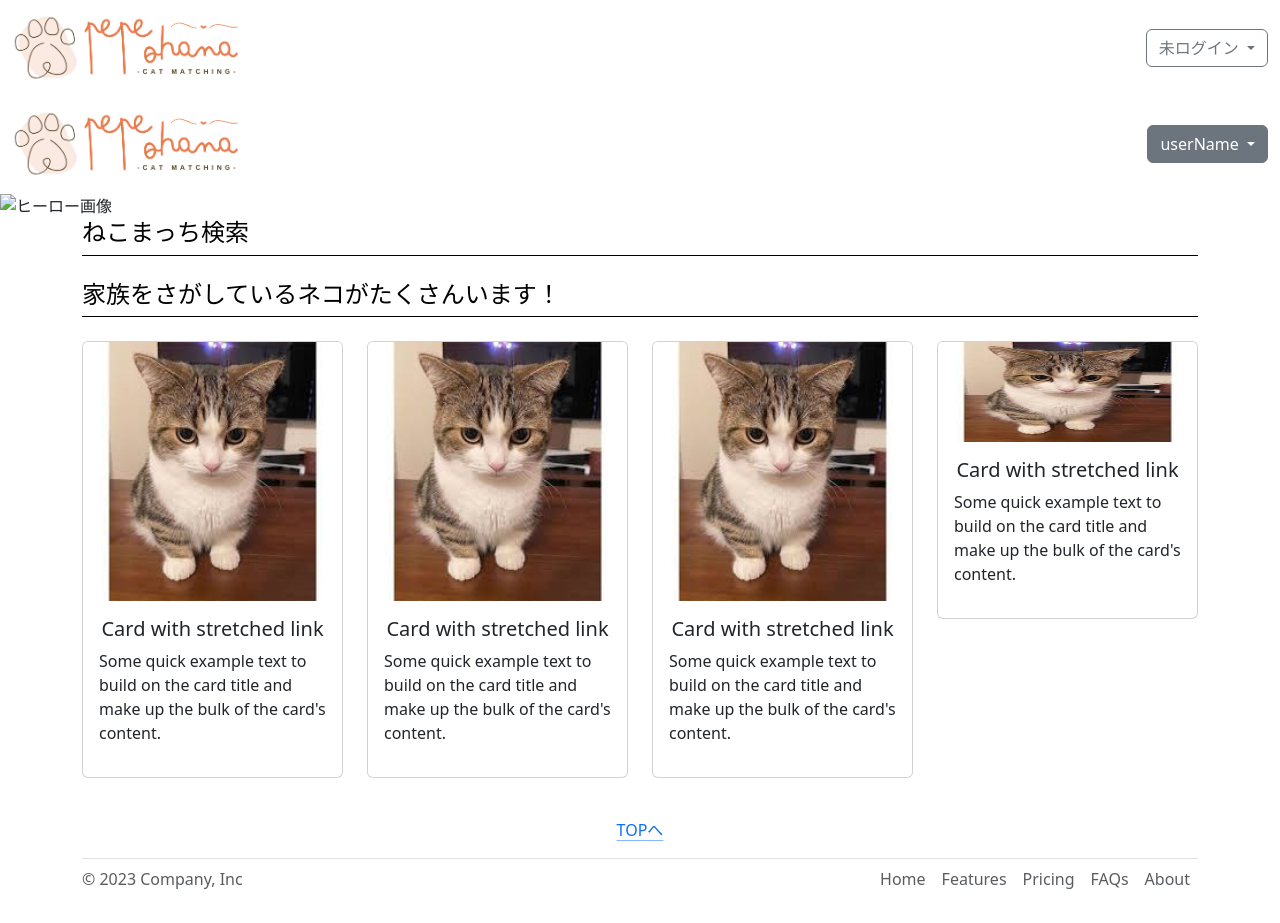
Repository: sakuwell/pepe
Page: http://localhost/PepeOhana/top.jsp
These files come from the project's save history. The page is drawn as it stood at one moment and after the next save; the edit follows.
The browser window is 1280 px wide. The pictures show the whole page.
The page is served by Tomcat 9. Other server files are loaded and not shown.

Above is the page before, as saved 2023-09-05 02:24:33.

### ExWorkSpace/PepeOhana/src/main/webapp/top.jsp
<%@ page language="java" contentType="text/html; charset=UTF-8"
    pageEncoding="UTF-8"%>
<!DOCTYPE html>
<html lang="ja">
<head>
    <meta charset="UTF-8">
    <meta name="viewport" content="width=device-width, initial-scale=1.0">
    <!-- Bootstrap CSS -->
    <link href="https://cdn.jsdelivr.net/npm/bootstrap@5.3.0/dist/css/bootstrap.min.css" rel="stylesheet" integrity="sha384-9ndCyUaIbzAi2FUVXJi0CjmCapSmO7SnpJef0486qhLnuZ2cdeRhO02iuK6FUUVM" crossorigin="anonymous">
    <script src="https://cdn.jsdelivr.net/npm/bootstrap@5.3.0/dist/js/bootstrap.bundle.min.js" integrity="sha384-geWF76RCwLtnZ8qwWowPQNguL3RmwHVBC9FhGdlKrxdiJJigb/j/68SIy3Te4Bkz" crossorigin="anonymous"></script>
    <title>Top | nekomatch</title>
</head>
<body>
     <nav class="navbar navbar-expand-lg navbar-light bg-white">
        <div class="container-fluid">
          <a class="navbar-brand" href="#">
            <img src="images/pepe_ohana_logo.png" alt="ページロゴ" width="auto" height="70">
          </a>
          <div class="dropdown">
            <button class="btn btn btn-outline-secondary dropdown-toggle" type="button" id="dropdownMenuButton1" data-bs-toggle="dropdown" aria-expanded="false">
              未ログイン
            </button>
            <ul class="dropdown-menu" aria-labelledby="dropdownMenuButton1">
              <li><a class="dropdown-item" href="#">ログイン</a></li>
              <li><a class="dropdown-item" href="#">新規ユーザー登録</a></li>
            </ul>
          </div>
        </div>
    </nav>
    <!-- 未ログインヘッダーここまで -->
     <!-- ログイン済ヘッダー -->
    <nav class="navbar navbar-expand-lg navbar-light bg-white">
        <div class="container-fluid">
          <a class="navbar-brand" href="#">
            <img src="images/pepe_ohana_logo.png" alt="ページロゴ" width="auto" height="70">
          </a>
          <div class="dropdown">
            <button class="btn btn-secondary dropdown-toggle" type="button" id="dropdownMenuButton1" data-bs-toggle="dropdown" aria-expanded="false">
              userName
            </button>
            <ul class="dropdown-menu" aria-labelledby="dropdownMenuButton1">
              <li><a class="dropdown-item" href="#">マイページ</a></li>
              <li><a class="dropdown-item" href="#">ログアウト</a></li>
            </ul>
          </div>
        </div>
    </nav>
    <!-- ログイン済ヘッダーここまで -->

    <!-- ヒーロー画像 -->
    <img src="#" class="img-fluid" alt="ヒーロー画像">

    <!-- ここから下　ページごとの内容 -->
    <div>
        <!-- 検索フォームゾーン -->
        <div class="container">
            <div class="h4 pb-2 mb-4 text-black border-bottom border-black">
                ねこまっち検索
            </div>
        </div>

        <!-- 里親募集ゾーン -->
        <div class="container">
            <div class="h4 pb-2 mb-4 text-black border-bottom border-black">
                家族をさがしているネコがたくさんいます！
            </div>
            <!-- 猫カード -->
            <div class="row">
                <!-- カードのコンテンツ -->
                <div class="col-6 col-md-4 col-lg-3">
                    <div class="card mb-3">
                        <img src="images/ねこ_1.jpg" class="card-img-top" alt="猫画像">
                        <div class="card-body">
                            <h5 class="card-title text-center">Card with stretched link</h5>
                            <p class="card-text text-right">Some quick example text to build on the card title and make up the bulk of the card's content.</p>
                            <div class="d-flex justify-content-center">
                                <a href="#" class="stretched-link"></a>
                            </div>
                        </div>
                    </div>
                </div>
                <!-- カードのコンテンツ -->
                <div class="col-6 col-md-4 col-lg-3">
                    <div class="card mb-3">
                        <img src="images/ねこ_1.jpg" class="card-img-top" alt="猫画像">
                        <div class="card-body">
                            <h5 class="card-title text-center">Card with stretched link</h5>
                            <p class="card-text text-right">Some quick example text to build on the card title and make up the bulk of the card's content.</p>
                            <div class="d-flex justify-content-center">
                                <a href="#" class="stretched-link"></a>
                            </div>
                        </div>
                    </div>
                </div>
                <!-- カードのコンテンツ -->
                <div class="col-6 col-md-4 col-lg-3">
                    <div class="card mb-3">
                        <img src="images/ねこ_1.jpg" class="card-img-top" alt="猫画像">
                        <div class="card-body">
                            <h5 class="card-title text-center">Card with stretched link</h5>
                            <p class="card-text text-right">Some quick example text to build on the card title and make up the bulk of the card's content.</p>
                            <div class="d-flex justify-content-center">
                                <a href="#" class="stretched-link"></a>
                            </div>
                        </div>
                    </div>
                </div>
                <!-- カードのコンテンツ -->
                <div class="col-6 col-md-4 col-lg-3">
                    <div class="card mb-3">
                        <img src="images/ねこ_1.jpg" class="card-img-top" alt="猫画像" style="height:100px">
                        <div class="card-body">
                            <h5 class="card-title text-center">Card with stretched link</h5>
                            <p class="card-text text-right">Some quick example text to build on the card title and make up the bulk of the card's content.</p>
                            <div class="d-flex justify-content-center">
                                <a href="#" class="stretched-link"></a>
                            </div>
                        </div>
                    </div>
                </div>
            </div>
        </div>
    </div>
    <!-- ここまで　ページごとの内容 -->

    <!-- フッター -->
    <div class="text-center mt-4">
        <a class="icon-link icon-link-hover" href="#">
            TOPへ
        </a>
    </div>
    <div class="container">
        <footer class="mt-3 d-flex flex-wrap justify-content-between align-items-center my-4 border-top">
          <p class="col-md-4 mb-0 text-body-secondary">© 2023 Company, Inc</p>
          <a href="#" class="col-md-4 d-flex align-items-center justify-content-center mb-3 mb-md-0 me-md-auto link-body-emphasis text-decoration-none">
            <svg class="bi me-2" width="40" height="32"><use xlink:href="#bootstrap"></use></svg>
          </a>

          <ul class="nav col-md-4 justify-content-end">
            <li class="nav-item"><a href="#" class="nav-link px-2 text-body-secondary">Home</a></li>
            <li class="nav-item"><a href="#" class="nav-link px-2 text-body-secondary">Features</a></li>
            <li class="nav-item"><a href="#" class="nav-link px-2 text-body-secondary">Pricing</a></li>
            <li class="nav-item"><a href="#" class="nav-link px-2 text-body-secondary">FAQs</a></li>
            <li class="nav-item"><a href="#" class="nav-link px-2 text-body-secondary">About</a></li>
          </ul>
        </footer>
    </div>
    <!-- フッター　ここまで -->

</body>
</html>

After the next save:
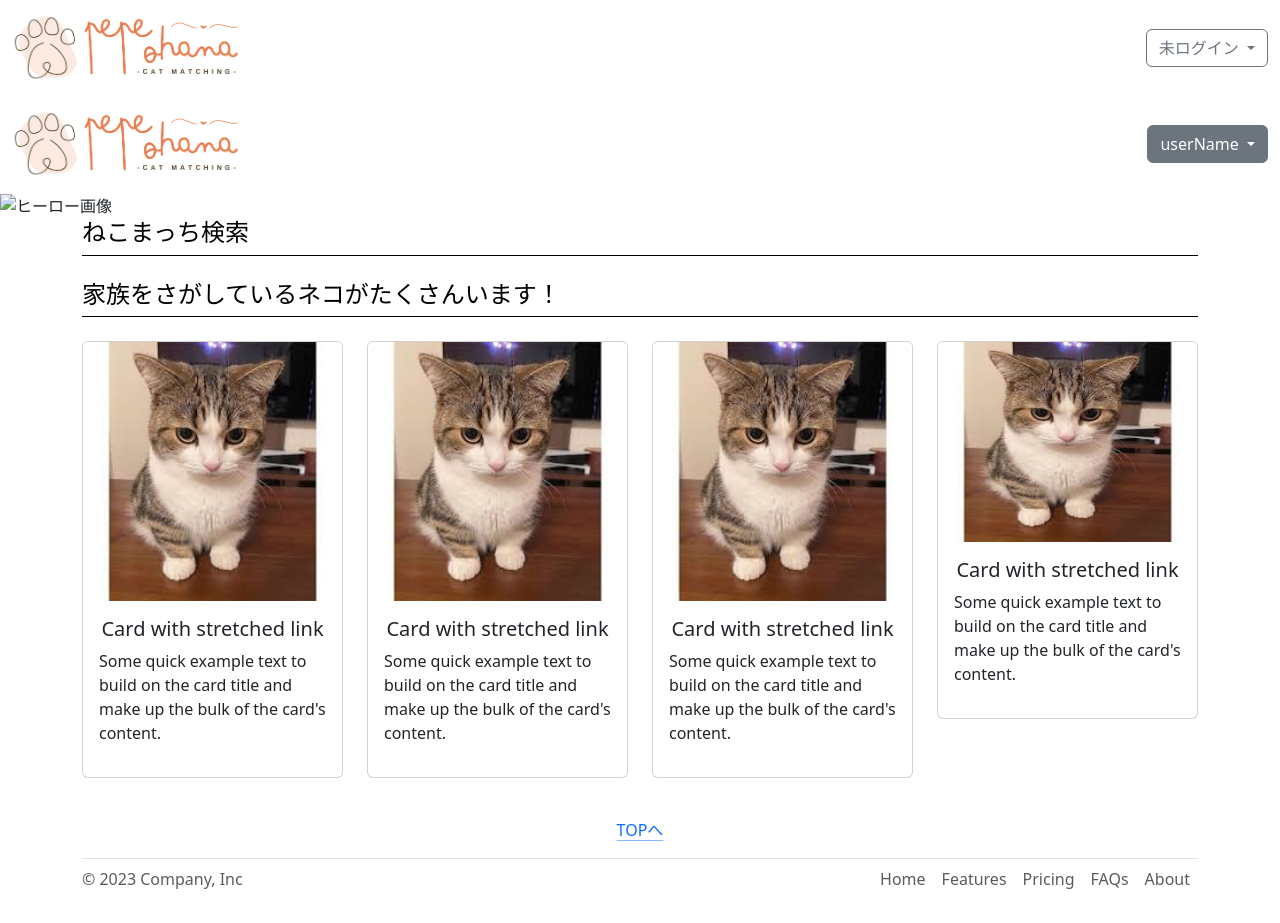
Saved 15 s later.
--- a/ExWorkSpace/PepeOhana/src/main/webapp/top.jsp
+++ b/ExWorkSpace/PepeOhana/src/main/webapp/top.jsp
@@ -108,7 +108,7 @@
                 <!-- カードのコンテンツ -->
                 <div class="col-6 col-md-4 col-lg-3">
                     <div class="card mb-3">
-                        <img src="images/ねこ_1.jpg" class="card-img-top" alt="猫画像" style="height:100px">
+                        <img src="images/ねこ_1.jpg" class="card-img-top" alt="猫画像" style="height:200px">
                         <div class="card-body">
                             <h5 class="card-title text-center">Card with stretched link</h5>
                             <p class="card-text text-right">Some quick example text to build on the card title and make up the bulk of the card's content.</p>
